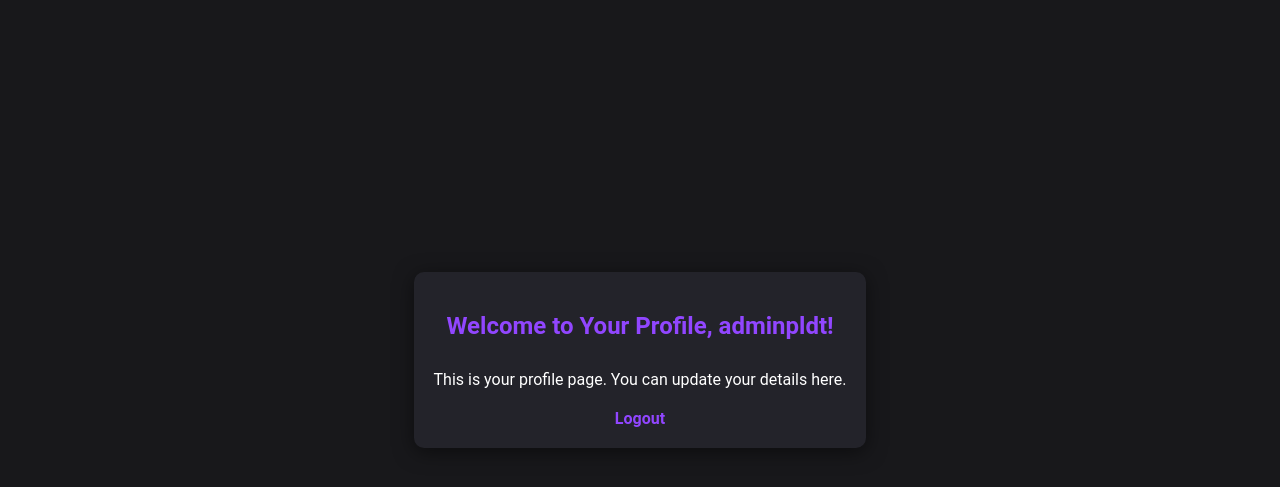
Repository: wolvicjohn/argon2
Page: http://localhost/profile.php
These files come from the project's save history. The page is drawn as it stood at one moment and after the next save; the edit follows.
The browser window is 1280 px wide. The pictures show the whole page.
The page is run by PHP 8.4 with error messages shown; the project is at /var/www/html/. The session is filled in as if someone had signed in: {"username": "adminpldt"}.

Above is the page before, as saved 2024-10-18 02:28:08.

After the next save:
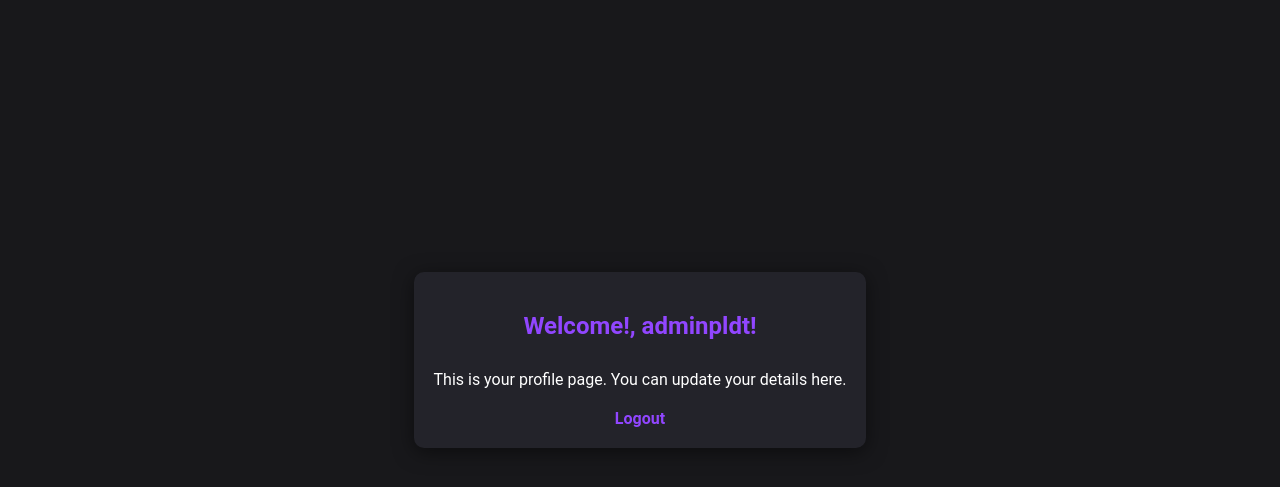
Saved 3 min 10 s later.
--- a/profile.php
+++ b/profile.php
@@ -23,7 +23,7 @@ $username = $_SESSION['username'];
 
 <body>
     <div class="container">
-        <h2>Welcome to Your Profile, <?php echo htmlspecialchars($username); ?>!</h2>
+        <h2>Welcome!, <?php echo htmlspecialchars($username); ?>!</h2>
         <p>This is your profile page. You can update your details here.</p>
 
         <!-- Add more profile-related content here -->
